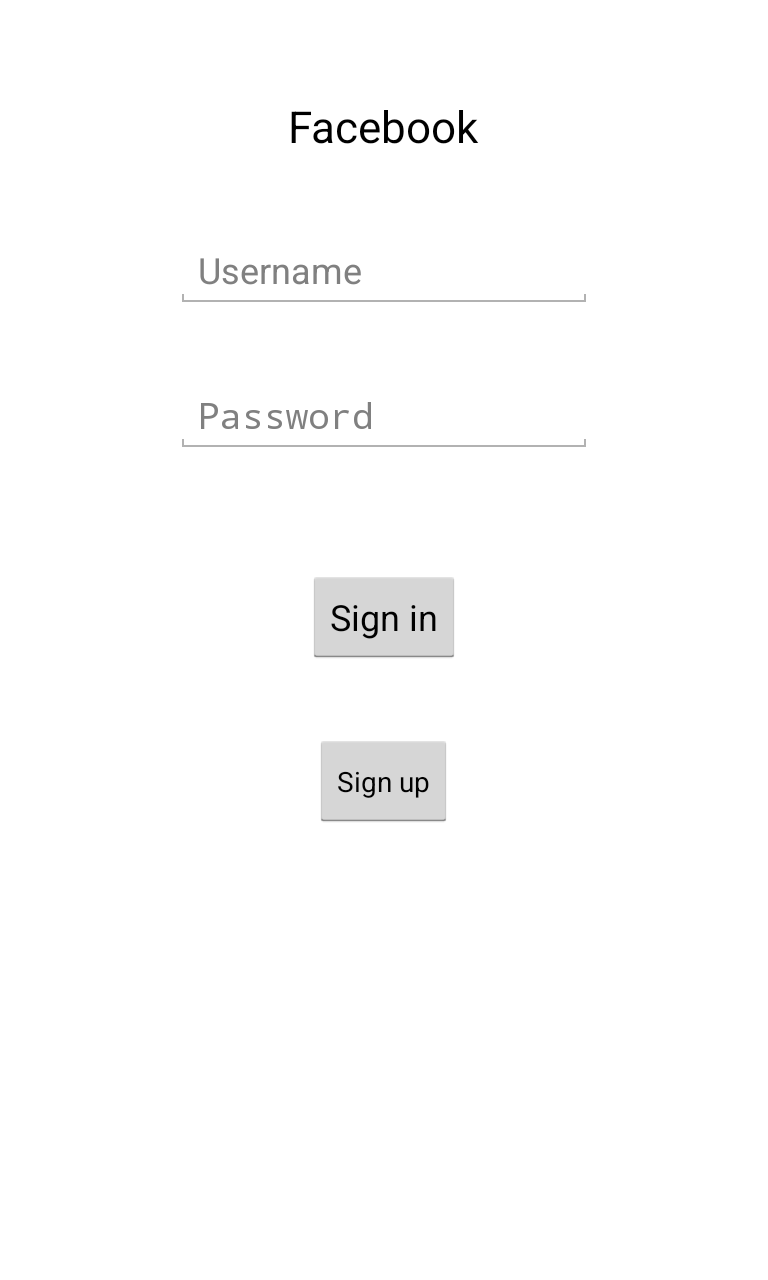
Repository: priyankaaj/practiced-apps
Layout: Facebook2/res/layout/activity_main.xml
The author's editor kept a copy of each file at every save. The layout is drawn from the files as they stood at one save, then again after the next save.
It is drawn on a 768 x 1280 px phone screen (xhdpi) without system bars, with theme AppTheme; the app's code is not run.

Above is the layout before, as saved 2015-10-01 05:14:56.

### Facebook2/res/layout/activity_main.xml
<RelativeLayout xmlns:android="http://schemas.android.com/apk/res/android"
    xmlns:tools="http://schemas.android.com/tools"
    android:layout_width="match_parent"
    android:layout_height="match_parent"
    android:paddingBottom="@dimen/activity_vertical_margin"
    android:paddingLeft="@dimen/activity_horizontal_margin"
    android:paddingRight="@dimen/activity_horizontal_margin"
    android:paddingTop="@dimen/activity_vertical_margin"
    tools:context=".MainActivity" >

    <TextView
        android:id="@+id/textViewfb"
        android:layout_width="wrap_content"
        android:layout_height="wrap_content"
        android:layout_alignParentTop="true"
        android:layout_centerHorizontal="true"
        android:layout_marginTop="32dp"
        android:text="Facebook"
        android:textAppearance="?android:attr/textAppearanceLarge" />

    <EditText
        android:id="@+id/editTextpwd"
        android:layout_width="wrap_content"
        android:layout_height="wrap_content"
        android:layout_below="@+id/editTextusrnme"
        android:layout_centerHorizontal="true"
        android:layout_marginTop="33dp"
        android:ems="10"
        android:hint="Password"
        android:inputType="textPassword" />

    <EditText
        android:id="@+id/editTextusrnme"
        android:layout_width="wrap_content"
        android:layout_height="wrap_content"
        android:layout_below="@+id/textViewfb"
        android:layout_centerHorizontal="true"
        android:layout_marginTop="38dp"
        android:ems="10"
        android:hint="Username" />

    <Button
        android:id="@+id/buttonsignup"
        style="?android:attr/buttonStyleSmall"
        android:layout_width="wrap_content"
        android:layout_height="wrap_content"
        android:layout_below="@+id/buttonsignin"
        android:layout_centerHorizontal="true"
        android:layout_marginTop="34dp"
        android:text="Sign up" />

    <Button
        android:id="@+id/buttonsignin"
        android:layout_width="wrap_content"
        android:layout_height="wrap_content"
        android:layout_below="@+id/editTextpwd"
        android:layout_centerHorizontal="true"
        android:layout_marginTop="57dp"
        android:text="Sign in" />

</RelativeLayout>

Loaded but not shown: Facebook2/res/values/styles.xml (common file); Facebook2/res/values-v11/styles.xml (common file); Facebook2/res/values-v14/styles.xml (common file); Facebook2/res/values/dimens.xml (common file)

After the next save:
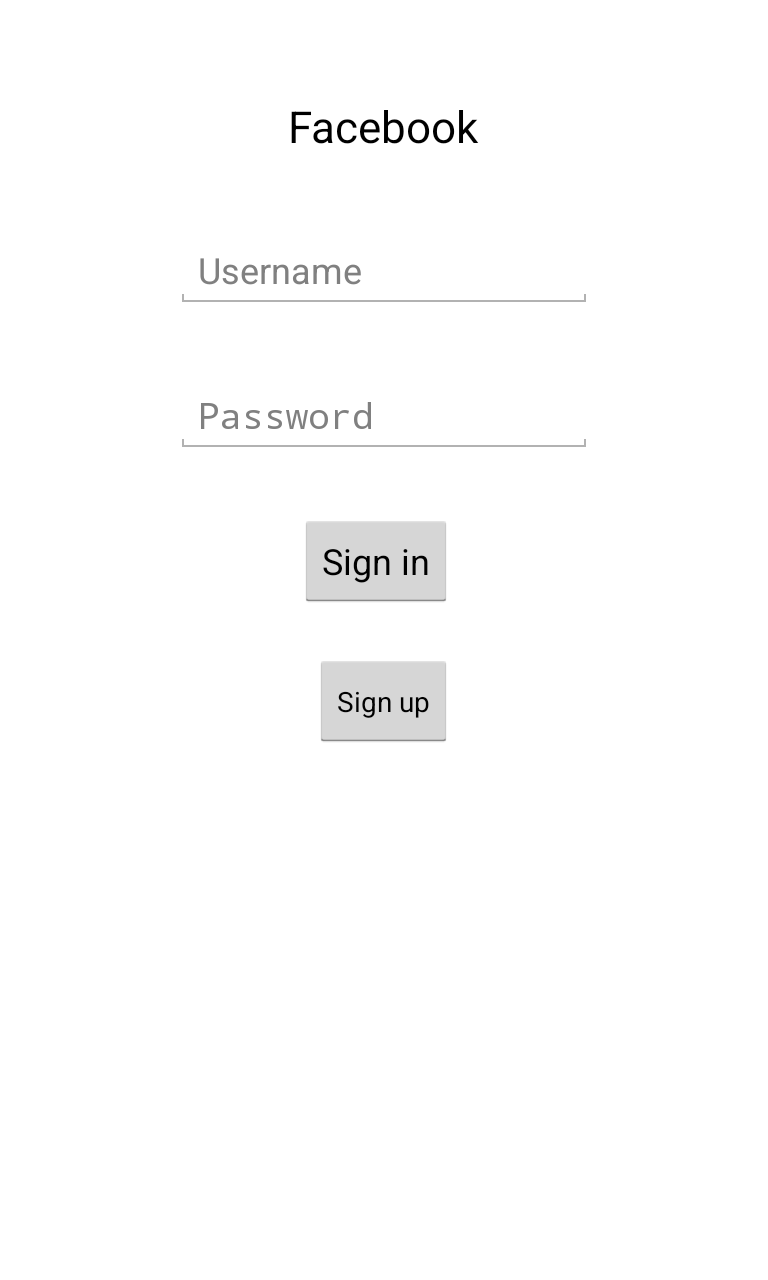
Saved 33 s later.
--- a/Facebook2/res/layout/activity_main.xml
+++ b/Facebook2/res/layout/activity_main.xml
@@ -40,22 +40,22 @@
         android:hint="Username" />
 
     <Button
+        android:id="@+id/buttonsignin"
+        android:layout_width="wrap_content"
+        android:layout_height="wrap_content"
+        android:layout_alignRight="@+id/buttonsignup"
+        android:layout_below="@+id/editTextpwd"
+        android:layout_marginTop="29dp"
+        android:text="Sign in" />
+
+    <Button
         android:id="@+id/buttonsignup"
         style="?android:attr/buttonStyleSmall"
         android:layout_width="wrap_content"
         android:layout_height="wrap_content"
         android:layout_below="@+id/buttonsignin"
         android:layout_centerHorizontal="true"
-        android:layout_marginTop="34dp"
+        android:layout_marginTop="22dp"
         android:text="Sign up" />
 
-    <Button
-        android:id="@+id/buttonsignin"
-        android:layout_width="wrap_content"
-        android:layout_height="wrap_content"
-        android:layout_below="@+id/editTextpwd"
-        android:layout_centerHorizontal="true"
-        android:layout_marginTop="57dp"
-        android:text="Sign in" />
-
 </RelativeLayout>
